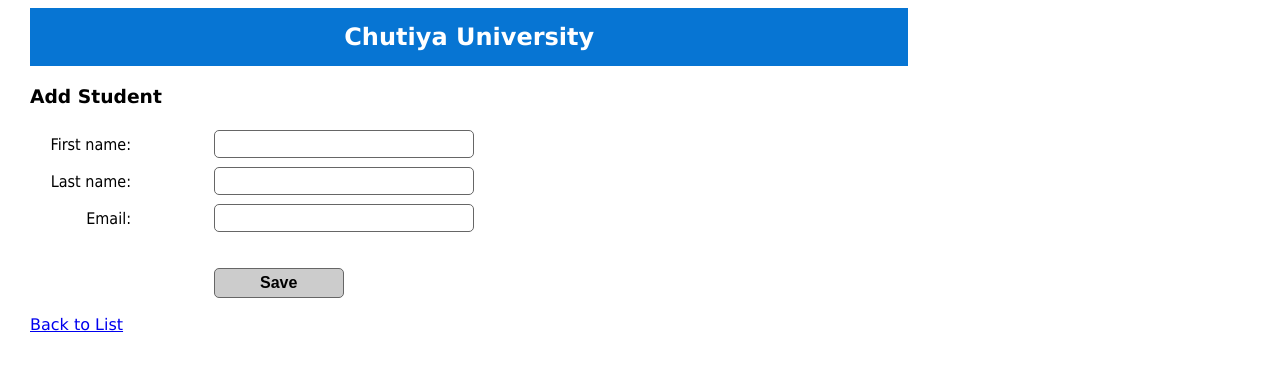
Repository: shafa45/JSP-SERVLET-JDBC-Tutorial
Page: http://localhost/web-student-tracker/add-student-form.jsp
The author's editor kept a copy of each file at every save. The page is drawn from the files as they stood at one save, then again after the next save.
The browser window is 1280 px wide. The pictures show the whole page.
The page is served by Tomcat 9.

Above is the page before, as saved 2022-11-25 18:18:05.

After the next save:
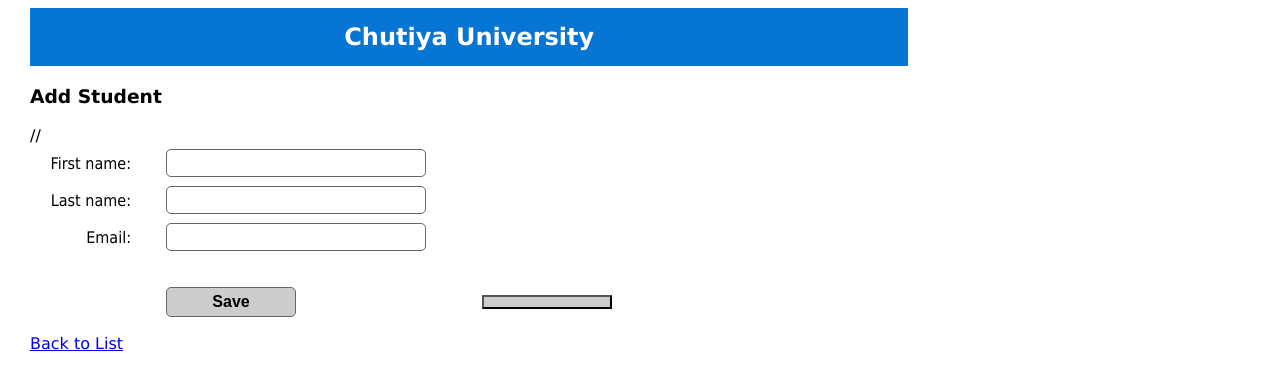
Saved 2 min 18 s later.
--- a/web-student-tracker/WebContent/add-student-form.jsp
+++ b/web-student-tracker/WebContent/add-student-form.jsp
@@ -41,7 +41,8 @@
 
 					<tr>
 						<td><label></label></td>
-						<td><input type="submit" value="Save" class="save" /></td>
+						//<td><input type="submit" value="Save" class="save" /></td>
+						<td><button type="submit" value="Save" class="save" /></td>
 					</tr>
 
 				</tbody>
